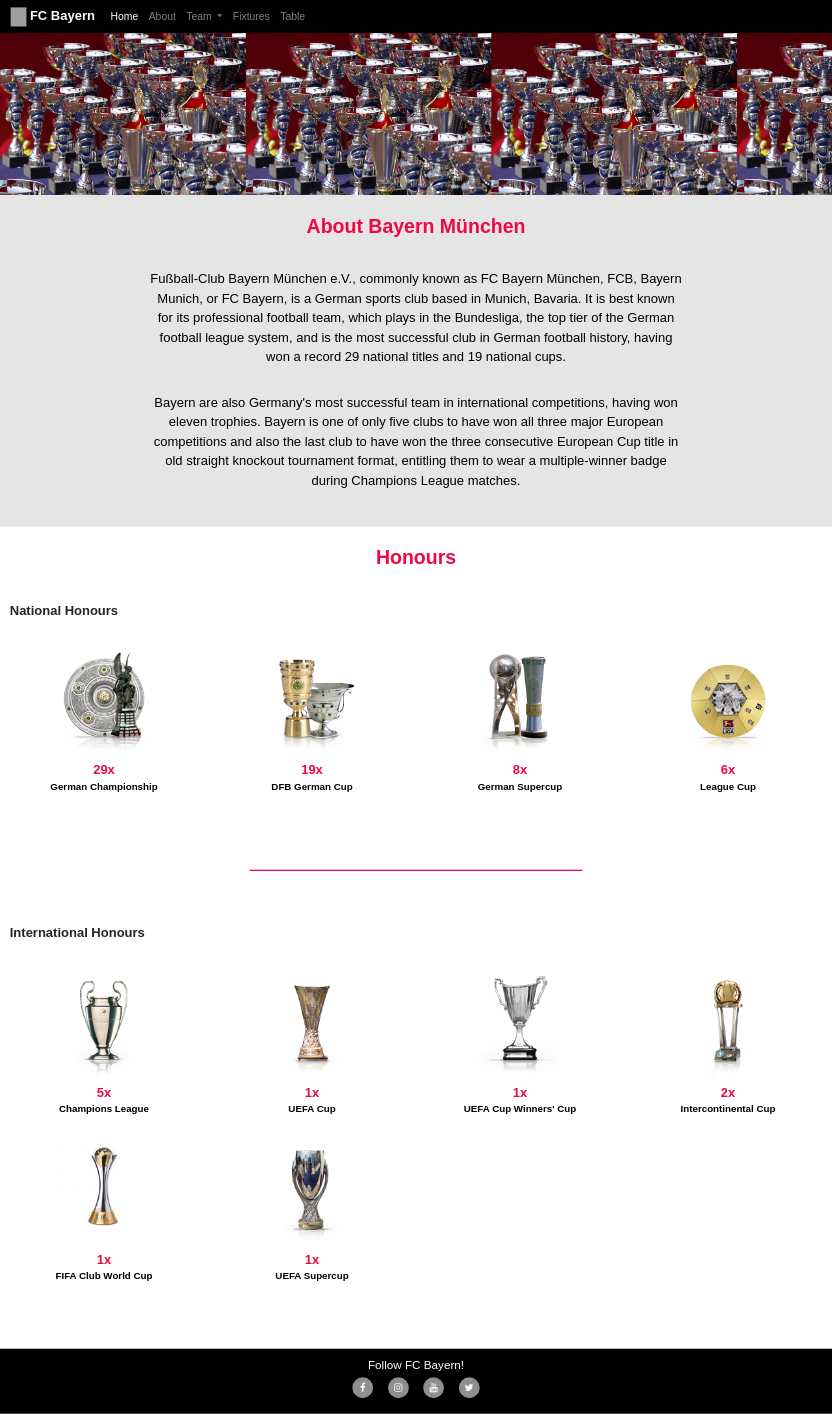
Repository: Code-Institute-Submissions/alnibo-milestone-project-1
Page: about.html
The author's editor kept a record of every edit. The page is drawn from the files as they stood at one moment, then again after the next edit.
The browser window is 1280 px wide. The pictures show the whole page, at 65% of full size.
Pictures or frames that could not be fetched are drawn as grey boxes. Backgrounds fixed to the window are drawn as part of the page. Some web fonts or font styles are not loaded; a fallback is used.

Above is the page before.

### about.html
<!DOCTYPE html>
<html lang="en">

<head>
    <meta charset="UTF-8">
    <meta name="viewport" content="width=device-width, initial-scale=1.0">
    <link rel="stylesheet" href="https://stackpath.bootstrapcdn.com/bootstrap/4.3.1/css/bootstrap.min.css" type="text/css" />
    <link rel="stylesheet" href="https://stackpath.bootstrapcdn.com/font-awesome/4.7.0/css/font-awesome.min.css" type="text/css" />
    <link rel="stylesheet" href="assets/css/style.css">
    <title>FC Bayern</title>
</head>

<body>

    <!---------------------------------------------------- Navbar -->
    <nav class="navbar navbar-expand-sm navbar-dark fixed-top">
            <a class="navbar-brand" href="index.html">
            <img src="https://upload.wikimedia.org/wikipedia/commons/thumb/1/1f/Logo_FC_Bayern_München_%282002–2017%29.svg/1024px-Logo_FC_Bayern_München_%282002–2017%29.svg.png" width="30" height="30" class="d-inline-block" class="d-inline-block align-center">FC Bayern
        </a>
            <button class="navbar-toggler" type="button" data-toggle="collapse" data-target="#navbarNavDropdown" aria-controls="navbarNavDropdown" aria-expanded="false" aria-label="Toggle navigation">
            <span class="navbar-toggler-icon"></span>
        </button>

            <div class="collapse navbar-collapse" id="navbarNavDropdown">
                <ul class="navbar-nav">
                    <li class="nav-item active">
                        <a class="nav-link" href="index.html">Home <span class="sr-only">(current)</span></a>
                    </li>
                    <li class="nav-item">
                        <a class="nav-link" href="about.html">About</a>
                    </li>
                    <li class="nav-item dropdown">
                        <a class="nav-link dropdown-toggle" href=#" id="navbarDropdownMenuLink" data-toggle="dropdown" aria-haspopup="true" aria-expanded="false">Team
                    </a>
                    <div class="dropdown-menu" aria-labelledby="navbarDropdownMenuLink">
                        <a class="dropdown-item" href="team.html">All</a>
                        <a class="dropdown-item" href="team.html#goalkeepers">Goalkeepers</a>
                        <a class="dropdown-item" href="team.html#defenders">Defenders</a>
                        <a class="dropdown-item" href="team.html#midfielders">Midfielders</a>
                        <a class="dropdown-item" href="team.html#forwards">Forwards</a>
                        <a class="dropdown-item" href="team.html#coaches">Coaches</a>
                    </div>
                </li>
                <li class="nav-item">
                    <a class="nav-link" href="fixtures.html">Fixtures</a>
                </li>
                <li class="nav-item ">
                    <a class="nav-link" href="table.html">Table</a>
                </li>
            </ul>
        </div>
    </nav>


    <!---------------------------------------------------- Content -->

    <div class="container-fluid">
        <div class="row top-pic-trophies">
        </div>
    </div>

    <div class="container-fluid about-container">
        <div class="container-fluid">
            <h2 class="section-header">About Bayern München</h2>
            <p class="about-text">Fußball-Club Bayern München e.V., commonly known as FC Bayern München, FCB, Bayern Munich, or FC Bayern, is a German sports club based in Munich, Bavaria. It is best known for its professional football team, which plays in the Bundesliga,
                the top tier of the German football league system, and is the most successful club in German football history, having won a record 29 national titles and 19 national cups.</p>
            <br>
            <p class="about-text">Bayern are also Germany's most successful team in international competitions, having won eleven trophies. Bayern is one of only five clubs to have won all three major European competitions and also the last club to have won the three consecutive
                European Cup title in old straight knockout tournament format, entitling them to wear a multiple-winner badge during Champions League matches.</p>
        </div>
    </div>

<!---------------------------------------------------- Honours -->

    <h2 class="section-header col-12">Honours</h2>

    <div class="honours-head col-12">
        National Honours
    </div>

    <div class="container-fluid container-honours">
        <div class="row">
            <div class="col-12 col-sm-6 col-md-4 col-lg-3 honour-item">
                <div class="row">
                    <div class="col-12 pic-cup">
                        <img src="assets/images/dfl_pokale.png" alt="picture of German cup">
                    </div>
                </div>
                <div class="row">
                    <div class="col-12 number-cup">29x</div>
                </div>
                <div class="row">
                    <div class="col-12 name-cup">German Championship</div>
                </div>
            </div>

            <div class="col-12 col-sm-6 col-md-4 col-lg-3 honour-item">
                <div class="row">
                    <div class="col-12 pic-cup">
                        <img src="assets/images/dfb_pokale.png" alt="picture of German cup">
                    </div>
                </div>
                <div class="row">
                    <div class="col-12 number-cup">19x</div>
                </div>
                <div class="row">
                    <div class="col-12 name-cup">DFB German Cup</div>
                </div>
            </div>

            <div class="col-12 col-sm-6 col-md-4 col-lg-3 honour-item">
                <div class="row">
                    <div class="col-12 pic-cup">
                        <img src="assets/images/supercup.png" alt="picture of German cup">
                    </div>
                </div>
                <div class="row">
                    <div class="col-12 number-cup">8x</div>
                </div>
                <div class="row">
                    <div class="col-12 name-cup">German Supercup</div>
                </div>
            </div>

            <div class="col-12 col-sm-6 col-md-4 col-lg-3 honour-item">
                <div class="row">
                    <div class="col-12 pic-cup">
                        <img src="assets/images/liga_pokal.png" alt="picture of German cup">
                    </div>
                </div>
                <div class="row">
                    <div class="col-12 number-cup">6x</div>
                </div>
                <div class="row">
                    <div class="col-12 name-cup">League Cup</div>
                </div>
            </div>

        </div>
    </div>

    <hr class="block-divider-honours">

    <div class="honours-head col-12">
        International Honours
    </div>

    <div class="container-fluid container-honours">
        <div class="row">
            <div class="col-12 col-sm-6 col-md-4 col-lg-3 honour-item">
                <div class="row">
                    <div class="col-12 pic-cup">
                        <img src="assets/images/cl_pokale.png" alt="picture of German cup">
                    </div>
                </div>
                <div class="row">
                    <div class="col-12 number-cup">5x</div>
                </div>
                <div class="row">
                    <div class="col-12 name-cup">Champions League</div>
                </div>
            </div>

            <div class="col-12 col-sm-6 col-md-4 col-lg-3 honour-item">
                <div class="row">
                    <div class="col-12 pic-cup">
                        <img src="assets/images/uefa_cup.png" alt="picture of German cup">
                    </div>
                </div>
                <div class="row">
                    <div class="col-12 number-cup">1x</div>
                </div>
                <div class="row">
                    <div class="col-12 name-cup">UEFA Cup</div>
                </div>
            </div>

            <div class="col-12 col-sm-6 col-md-4 col-lg-3 honour-item">
                <div class="row">
                    <div class="col-12 pic-cup">
                        <img src="assets/images/ec_pokalsieger.png" alt="picture of German cup">
                    </div>
                </div>
                <div class="row">
                    <div class="col-12 number-cup">1x</div>
                </div>
                <div class="row">
                    <div class="col-12 name-cup">UEFA Cup Winners' Cup</div>
                </div>
            </div>

            <div class="col-12 col-sm-6 col-md-4 col-lg-3 honour-item">
                <div class="row">
                    <div class="col-12 pic-cup">
                        <img src="assets/images/weltpokal.png" alt="picture of German cup">
                    </div>
                </div>
                <div class="row">
                    <div class="col-12 number-cup">2x</div>
                </div>
                <div class="row">
                    <div class="col-12 name-cup">Intercontinental Cup</div>
                </div>
            </div>

            <div class="col-12 col-sm-6 col-md-4 col-lg-3 honour-item">
                <div class="row">
                    <div class="col-12 pic-cup">
                        <img src="assets/images/klubweltmeisterschaft.jpg" alt="picture of German cup">
                    </div>
                </div>
                <div class="row">
                    <div class="col-12 number-cup">1x</div>
                </div>
                <div class="row">
                    <div class="col-12 name-cup">FIFA Club World Cup</div>
                </div>
            </div>

            <div class="col-12 col-sm-6 col-md-4 col-lg-3 honour-item">
                <div class="row">
                    <div class="col-12 pic-cup">
                        <img src="assets/images/eu_supercup.png" alt="picture of German cup">
                    </div>
                </div>
                <div class="row">
                    <div class="col-12 number-cup">1x</div>
                </div>
                <div class="row">
                    <div class="col-12 name-cup">UEFA Supercup</div>
                </div>
            </div>
        </div>
    </div>

    <!---------------------------------------------------- Footer -->

    <footer class="container-fluid">
        <div class="footer-details row">
            <div class="col-sm-12">
                <h5 class="social">Follow FC Bayern!</h5>
                <ul class="list-inline social-links">
                    <li class="list-inline-item">
                        <a target="_blank" href="https://www.facebook.com/fcbayern.en/">
                            <i class="fa fa-facebook" aria-hidden="true"></i>
                            <span class="sr-only">Facebook</span>
                        </a>
                    </li>
                    <li class="list-inline-item">
                        <a target="_blank" href="https://www.instagram.com/fcbayern/?hl">
                            <i class="fa fa-instagram" aria-hidden="true"></i>
                            <span class="sr-only">Instagram</span>
                        </a>
                    </li>
                    <li class="list-inline-item">
                        <a target="_blank" href="https://www.youtube.com/user/fcbayern">
                            <i class="fa fa-youtube" aria-hidden="true"></i>
                            <span class="sr-only">YouTube</span>
                        </a>
                    </li>
                    <li class="list-inline-item">
                        <a target="_blank" href="https://twitter.com/FCBayern">
                            <i class="fa fa-twitter" aria-hidden="true"></i>
                            <span class="sr-only">Twitter</span>
                        </a>
                    </li>
                </ul>
            </div>
        </div>
    </footer>

    <script src="https://code.jquery.com/jquery-3.3.1.slim.min.js" integrity="sha384-q8i/X+965DzO0rT7abK41JStQIAqVgRVzpbzo5smXKp4YfRvH+8abtTE1Pi6jizo" crossorigin="anonymous"></script>
    <script src="https://stackpath.bootstrapcdn.com/bootstrap/4.1.3/js/bootstrap.min.js" integrity="sha384-ChfqqxuZUCnJSK3+MXmPNIyE6ZbWh2IMqE241rYiqJxyMiZ6OW/JmZQ5stwEULTy" crossorigin="anonymous"></script>
</body>

</html>

### assets/css/style.css
@import url('https://fonts.googleapis.com/css?family=Antic+Didone&display=swap:100,200,300,400,500,600,700');

body {
    font-family: 'Antic Didone', sans-serif;
    min-width: 300px;
    padding-top: 50px;
}

/* ---------------------------------------------------- Header */

.navbar {
    margin-bottom: 0;
    width: 100%;
    height: 50px;
    background-color: black;
    border: 0;
}

.navbar .navbar-brand {
    font-weight: 700;
}

.navbar-brand img {
    padding-right: 5px;
}

.navbar .navbar-toggler {
    border: 0;
}


/* ---------------------------------------------------- Footer */

footer {
    text-align: center;
    background-color: black;
    color: white;
    height: 100px;
    min-width: 300px;
    margin: 0;
}

.social {
    font-family: "Antic Didone", sans-serif;
    font-size: 18px;
    font-weight: 500;
}

.social-links li {
    padding: 0 5px;
}

.social-links li a i {
    width: 32px;
    height: 32px;
    padding: 12px 0;
    border-radius: 50%;
    font-size: 15px;
    line-height: 7px;
    text-align: center;
    color: #fafafa;
    background: #8f8f8f;
    transition: all 0.35s ease-in-out;
    -moz-transition: all 0.35s ease-in-out;
    -webkit-transition: all 0.35s ease-in-out;
    -o-transition: all 0.35s ease-in-out;
}

.social-links li a i:hover {
    background: #ee0946;
}

.footer-details {
    padding-top: 15px;
}

/* ---------------------------------------------------- Home */

.intro1 {
    font-family: "Antic Didone", sans-serif;
    font-weight: 700;
    text-align: center;
    color: #ee0946;
    padding-top: 200px;
    padding-bottom: 30px;
}

.intro2 {
    font-family: "Antic Didone", sans-serif;
    text-align: center;
    color: #ee0946;
    padding-bottom: 100px;
}

.intro3 {
    text-align: center;
    padding-top: 50px;
    height: 30vw;
}

.intro-container {
    height: 100vh;
    min-height: 900px;
    background-image: url('../images/arena-outside.jpg');
    background-attachment: fixed;
    background-position: center;
    background-repeat: no-repeat;
    background-size: cover;

    position: relative;
}


/* ---------------------------------------------------- About */

.top-pic-trophies {
    height: 130px;
    background-image: url('../images/trophies.jpg');
    background-attachment: fixed;
    background-size: contain;
}

.about-container {
    background-color: rgba(0,0,0,0.1);
    padding-bottom: 40px;
}

.section-header {
    font-family: "Antic Didone", sans-serif;
    font-size:30px;
    font-weight: 700;
    text-align: center;
    color: #ee0946;
    padding-top: 30px;
    padding-bottom: 40px;
}

.about-text {
    font-family: "Antic Didone", sans-serif;
    font-size:20px;
    font-weight: 500;
    color: black;
    text-align: center;
}

.honours-head {
    font-size: 20px;
    font-weight: 700;
}

.container-honours {
    padding-top: 30px;
    padding-bottom: 80px;
}

.honour-item {
    padding-top: 20px;
    padding-bottom: 20px;
}

.pic-cup {
    text-align: center;
}

.number-cup {
    font-size: 20px;
    font-weight: 700;
    text-align: center;
    color: #ee0946;
}

.name-cup {
    font-size: 15px;
    font-weight: 700;
    text-align: center;
    color: black;
}

.block-divider-honours {
    width: 40%;
    height: 2px;
    border: 0;
    background-color: #ee0946;
    margin-bottom: 80px;
}

/* ---------------------------------------------------- Team */

.top-pic {
    width: 100%;
    margin-bottom: 20px;
    height: auto;
    padding: 0;
}

.btn--team {
    font-weight: 700;
    border-radius: 5px;
    margin-top: 2px;
    margin-right: 4px;
}

.selecter-btn {
    padding-left: 16px;
}

.field-position {
    padding-top: 60px;
    padding-bottom: 30px;
}

.player-pic {
    width:240px;
    height: 320px;
    overflow: hidden;
    position: relative;
    text-align: center;
    color: white;
    padding: 10px 0;
}

.shirt-number {
    position: absolute;
    top: 8px;
    left: 70px;
    color: black;
    background-color: rgba(0,0,0,0.15);
    font-size: 20px;
    border: 0.125rem solid black;
    width: 34px;
    height: 34px;
    border-radius: 50%;
}

.text-centered1 {
    display: none;
    position: absolute;
    top: 50%;
    left: 50%;
    transform: translate(-50%,-50%);
    background-color: rgba(0,0,0,0.7);
    padding: 0 5px;
    font-size: 17px;
}

.text-centered2 {
    display: none;
    position: absolute;
    top: 50%;
    left: 50%;
    transform: translate(-50%,+140%);
    background-color: rgba(0,0,0,0.7);
    padding: 0 5px;
    font-size: 13px;
}

.player-pic:hover img {
    opacity: 0.6;
}

.player-pic:hover .text-centered1 {
    display: block;
}

.player-pic:hover .text-centered2 {
    display: block;
}

.block-divider {
    width: 40%;
    height: 2px;
    border: 0;
    background-color: #ee0946;
    margin-top: 60px;
    margin-bottom: -20px;
}

.spaceholder {
    padding-bottom: 200px;
}

/* ---------------------------------------------------- Fixtures */

.fixtures {
    padding-top: 20px;
    padding-left: 30px;
    padding-bottom: 30px;
}

.btn--fixtures {
    font-weight: 700;
    border-radius: 5px;
    margin-top: 2px;
}

.next-match-container-mobile {
    height: 150px;
    background-color: #f4f4f4;
    border-style: solid;
    border-width: .5px;
    border-color: #c0c9d4;
    text-align: center;
}

.next-match-container-desktop {
    height: 150px;
    max-width: 400px;
    background-color: #f4f4f4;
    border-style: solid;
    border-width: .5px;
    border-color: #c0c9d4;
    text-align: center;
}

.next-match-head {
    color: #ee0946;
    font-weight: 700;
    font-size: 20px;
    text-align: center;
}

.tournament {
    font-weight: 700;
}

.next-match-score {
    background-color: white;
    height: 25px;
    border-style: solid;
    border-width: .3px;
    border-radius: 5px;
    border-color: #c0c9d4;
    margin-top: 10px;
}

.bundesliga-table {
    margin: 0;
    padding: 0 !important;
}

.table-entry {
    padding-top: 10px !important;
}

.home-column {
    text-align: center;
}

.away-column {
    text-align: center;
}

.match-score-odd {
    background-color: white;
    height: 25px;
    width: 35px;
    border-style: solid;
    border-width: .3px;
    border-radius: 5px;
    border-color: #c0c9d4;
    text-align: center;
    margin-top: 15px;
}

.match-score-even {
    background-color: white;
    height: 25px;
    width: 35px;
    border-style: solid;
    border-width: .3px;
    border-radius: 5px;
    border-color: #c0c9d4;
    text-align: center;
    margin-top: 15px;
}

/* ---------------------------------------------------- Table */

.current-table {
    padding-top: 20px;
    padding-bottom: 30px;
}

.current-table h2 {
    padding-bottom: 5px;
}

.bundesliga-table {
    margin-top: 30px;
}

/* ---------------------------------------------------- Media Queries */

@media (max-width:553px) {
    .box-desktop {
        display: none;
    }
    .table-desktop {
        display: none;
    }
}

@media (min-width:554px) {
    .box-mobile {
        display: none;
    }
    .table-mobile {
        display: none;
    }
    .top-pic-trophies {
        height: 250px;
        background-image: url('../images/trophies.jpg');
        background-attachment: fixed;
        background-size: contain;
    }
}

@media (max-width:575px) {
    .navbar .navbar-nav {
            background-color: black;
            padding-left: 31px;
        }
}

@media (min-width:760px) {
    .about-text {
        padding: 0px 50px;
    }
}

@media (min-width:768px) {

}

@media (min-width:991px) {
    .about-text {
        padding: 0px 100px;
    }
}

@media (min-width:1030px) {
    .about-text {
        padding: 0px 200px;
    }
}

After the next edit:
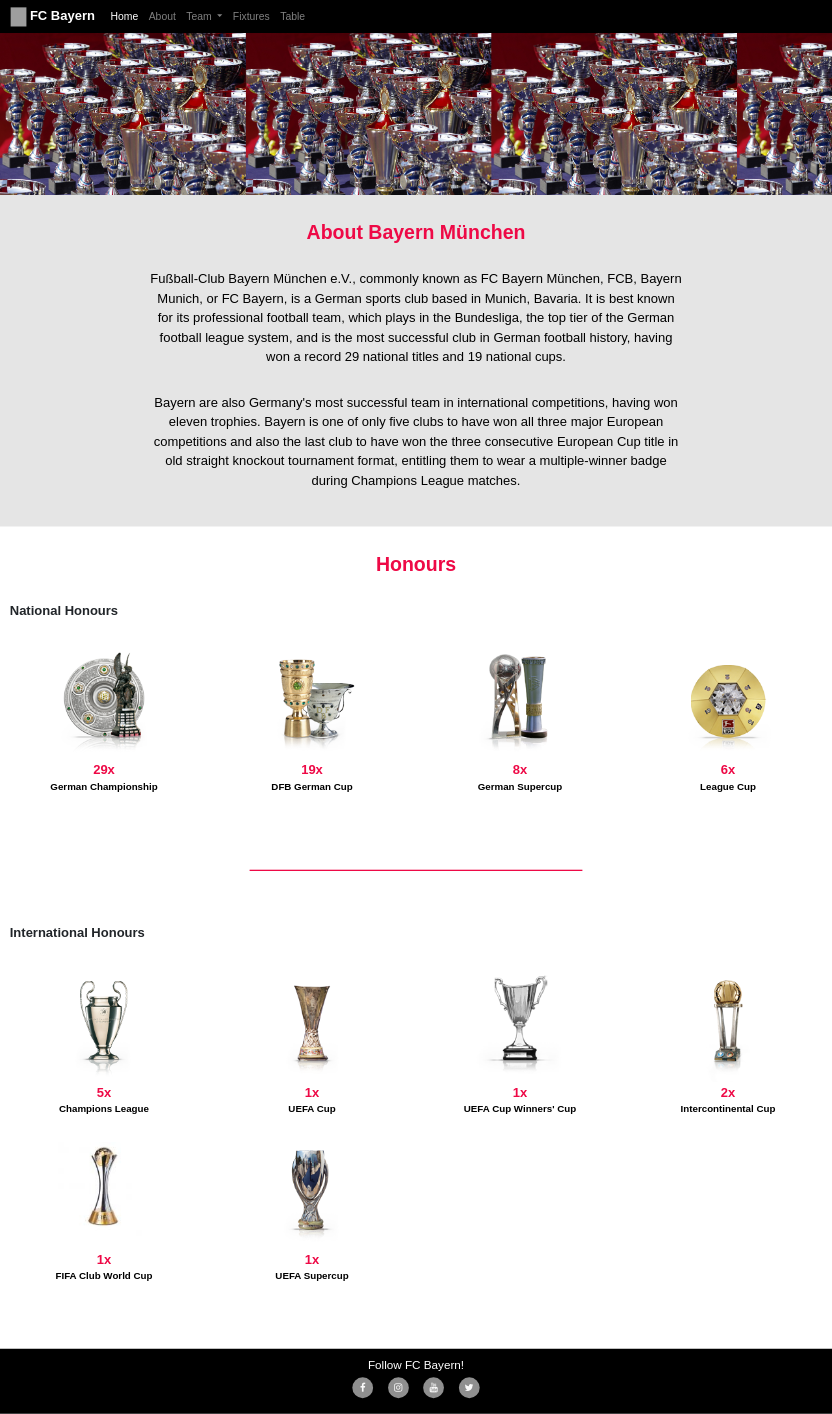
The edit:
--- a/assets/css/style.css
+++ b/assets/css/style.css
@@ -131,8 +131,8 @@
     font-weight: 700;
     text-align: center;
     color: #ee0946;
-    padding-top: 30px;
-    padding-bottom: 40px;
+    padding-top: 40px;
+    padding-bottom: 30px;
 }
 
 .about-text {
